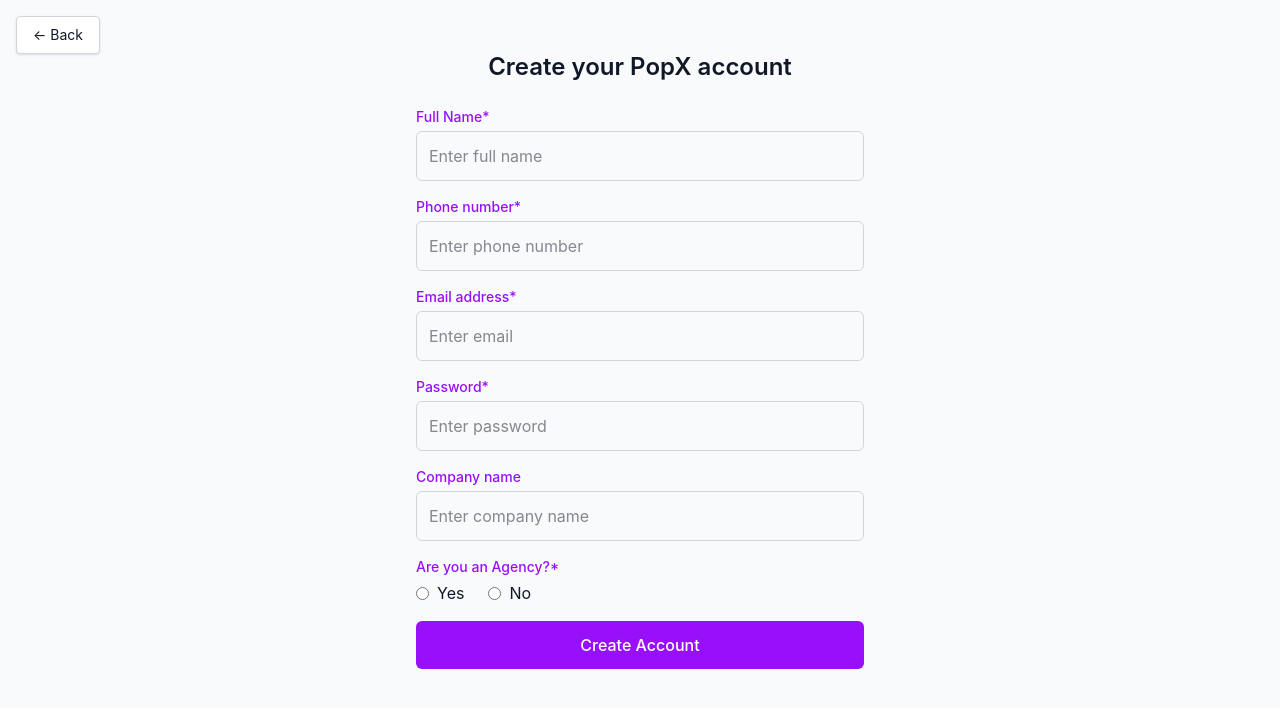
Repository: tanayburbure/inter
Page: /signup
The author's editor kept a copy of each file at every save. The page is drawn from the files as they stood at one save, then again after the next save.
The browser window is 1280 px wide. The pictures show the whole page.
The project was rebuilt for these pictures with package versions that can differ from the ones it lists, and the page was loaded fresh each time. Also part of the build but not shown: vite.config.js, src/pages/Welcome.jsx, src/pages/Login.jsx, src/pages/Account.jsx.

Above is the page before, as saved 2025-06-17 22:39:43.

### src/index.css
@import "tailwindcss";

body {
  font-family: 'Inter', sans-serif;
}

### src/App.jsx
import React from "react";
import { BrowserRouter as Router, Routes, Route, useLocation, useNavigate } from "react-router-dom";
import Welcome from "./pages/Welcome";
import Login from "./pages/Login";
import Signup from "./pages/Signup";
import Account from "./pages/Account";
import { UserProvider } from "./pages/UserContex";

// BackButton Component (only hidden on Welcome page)
function BackButton() {
  const location = useLocation();
  const navigate = useNavigate();

  // Hide on Welcome page
  if (location.pathname === "/") return null;

  return (
    <button
      onClick={() => navigate(-1)}
      className="absolute top-4 left-4 px-4 py-2 bg-white border border-gray-300 rounded shadow text-sm hover:bg-gray-50"
    >
      ← Back
    </button>
  );
}

// AppContent separated to use Router hooks
function AppContent() {
  return (
    <div className="relative min-h-screen bg-gray-100 text-gray-900">
      <BackButton />
      <Routes>
        <Route path="/" element={<Welcome />} />
        <Route path="/login" element={<Login />} />
        <Route path="/signup" element={<Signup />} />
        <Route path="/account" element={<Account />} />
      </Routes>
    </div>
  );
}

export default function App() {
  return (
    <UserProvider>
      <Router>
        <AppContent />
      </Router>
    </UserProvider>
  );
}

### src/pages/Signup.jsx
import { useNavigate } from "react-router-dom";
import { useUser } from "./UserContex"; // adjust the path

export default function Signup() {
  const navigate = useNavigate();
  const { setUserData } = useUser();

  const handleSubmit = (e) => {
    e.preventDefault();

    const form = e.target;
    const data = {
      fullName: form.fullName.value,
      phone: form.phone.value,
      email: form.email.value,
      password: form.password.value,
      company: form.company.value,
      isAgency: form.agency.value,
    };

    setUserData(data);
    navigate("/account");
  };

  return (
    <div className="min-h-screen flex items-center justify-center bg-gray-50 px-4 py-12 sm:px-6 lg:px-8">
      <div className="w-full max-w-md space-y-6">
        <h2 className="text-center text-2xl font-semibold text-gray-900">
          Create your PopX account
        </h2>
        <form className="space-y-4" onSubmit={handleSubmit}>
          <div>
            <label className="text-sm text-purple-600 font-medium block mb-1">
              Full Name*
            </label>
            <input
              name="fullName"
              type="text"
              placeholder="Enter full name"
              required
              className="w-full border border-gray-300 rounded-md p-3"
            />
          </div>
          <div>
            <label className="text-sm text-purple-600 font-medium block mb-1">
              Phone number*
            </label>
            <input
              name="phone"
              type="tel"
              placeholder="Enter phone number"
              required
              className="w-full border border-gray-300 rounded-md p-3"
            />
          </div>
          <div>
            <label className="text-sm text-purple-600 font-medium block mb-1">
              Email address*
            </label>
            <input
              name="email"
              type="email"
              placeholder="Enter email"
              required
              className="w-full border border-gray-300 rounded-md p-3"
            />
          </div>
          <div>
            <label className="text-sm text-purple-600 font-medium block mb-1">
              Password*
            </label>
            <input
              name="password"
              type="password"
              placeholder="Enter password"
              required
              className="w-full border border-gray-300 rounded-md p-3"
            />
          </div>
          <div>
            <label className="text-sm text-purple-600 font-medium block mb-1">
              Company name
            </label>
            <input
              name="company"
              type="text"
              placeholder="Enter company name"
              className="w-full border border-gray-300 rounded-md p-3"
            />
          </div>
          <div>
            <label className="block text-sm text-purple-600 font-medium mb-1">
              Are you an Agency?*
            </label>
            <div className="flex space-x-6">
              <label className="flex items-center">
                <input
                  type="radio"
                  name="agency"
                  value="Yes"
                  required
                  className="mr-2"
                />
                Yes
              </label>
              <label className="flex items-center">
                <input
                  type="radio"
                  name="agency"
                  value="No"
                  required
                  className="mr-2"
                />
                No
              </label>
            </div>
          </div>
          <button
            type="submit"
            className="w-full bg-purple-600 hover:bg-purple-700 text-white py-3 rounded-md font-medium transition duration-200"
          >
            Create Account
          </button>
        </form>
      </div>
    </div>
  );
}

### src/pages/UserContex.jsx
import { createContext, useState, useContext } from "react";

const UserContext = createContext();

export function UserProvider({ children }) {
  const [userData, setUserData] = useState(null);
  return (
    <UserContext.Provider value={{ userData, setUserData }}>
      {children}
    </UserContext.Provider>
  );
}

export function useUser() {
  return useContext(UserContext);
}

Loaded but not shown: index.html (common file); src/main.jsx (common file)

After the next save:
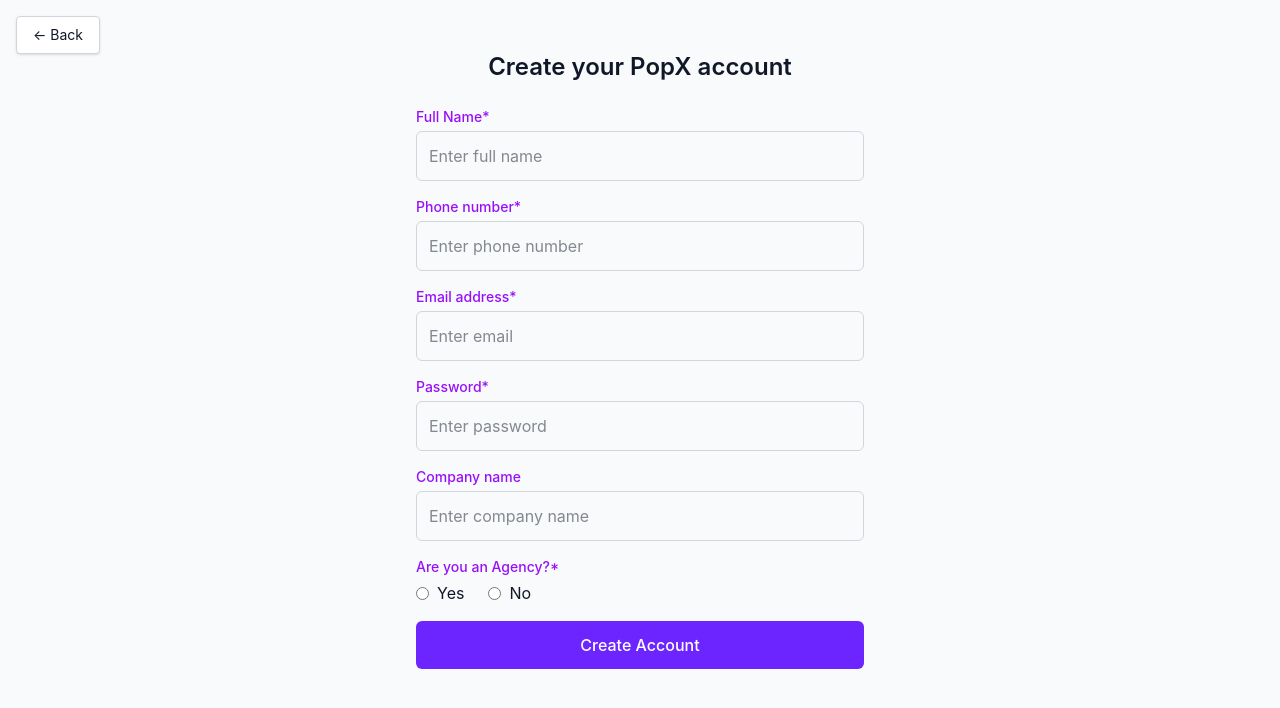
Saved 2 min 12 s later.
--- a/src/pages/Signup.jsx
+++ b/src/pages/Signup.jsx
@@ -117,7 +117,7 @@
           </div>
           <button
             type="submit"
-            className="w-full bg-purple-600 hover:bg-purple-700 text-white py-3 rounded-md font-medium transition duration-200"
+            className="w-full bg-[#6C25FF] hover:bg-purple-700 text-white py-3 rounded-md font-medium transition duration-200"
           >
             Create Account
           </button>
